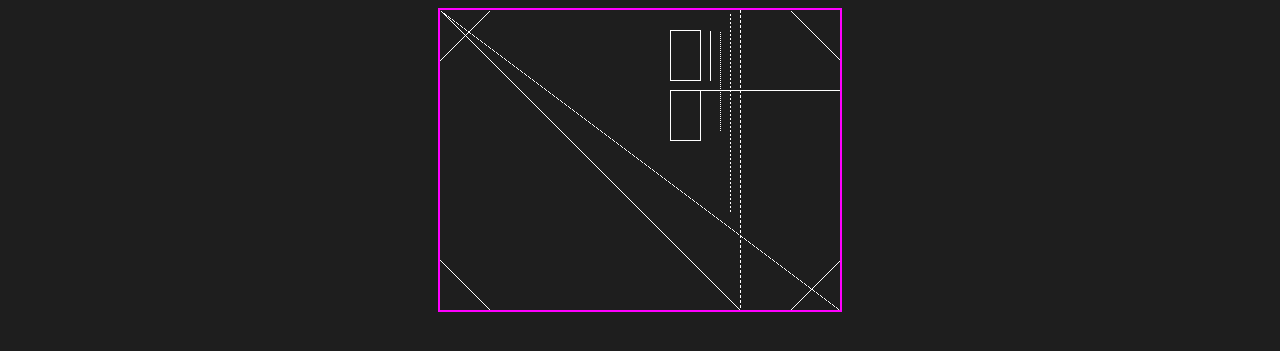
Repository: StarLightGX/miao
Page: paint.html
These files come from the project's save history. The page is drawn as it stood at one moment and after the next save; the edit follows.
The browser window is 1280 px wide. The pictures show the whole page.

Above is the page before, as saved 2020-11-12 20:30:28.

After the next save:
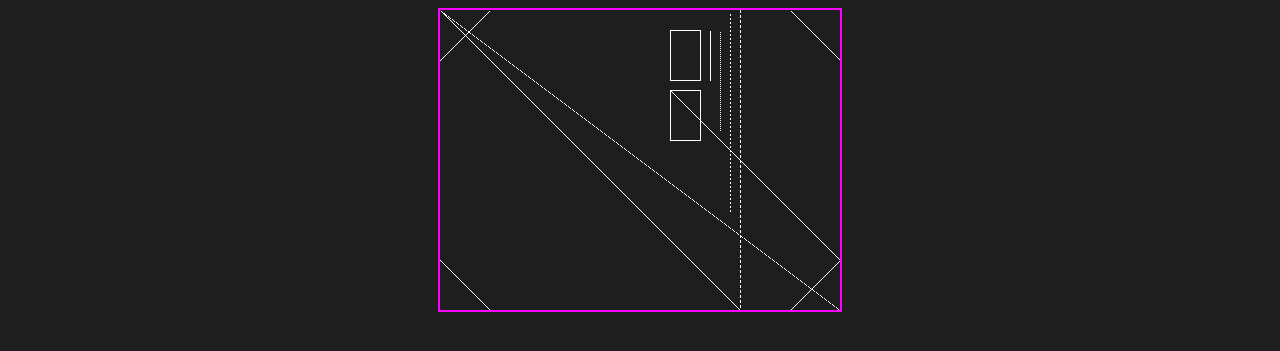
Saved 6 s later.
--- a/paint.html
+++ b/paint.html
@@ -212,7 +212,7 @@
     x = 230;
     for (var c = 0; c < 50; c++) {
       for (i = 0; i < 50; i++) {
-        y = y;
+        y = y + 1;
         x = x + 1;
         dot(x, y);
       }
